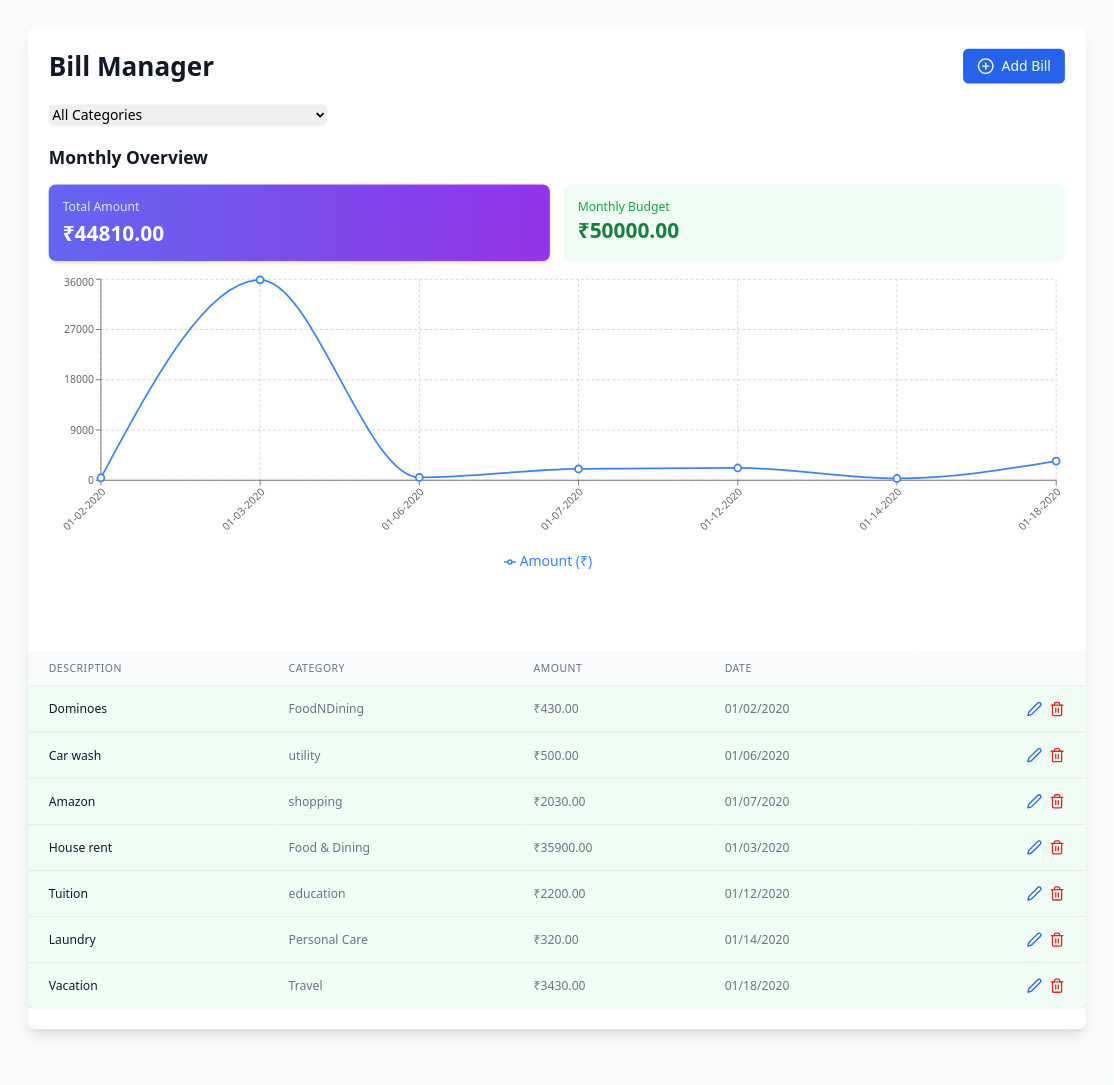
Repository: VISHALGUPTA100803/Billing_System
Page: /
The author's editor kept a copy of each file at every save. The page is drawn from the files as they stood at one save, then again after a run of saves.
The browser window is 1280 px wide. The pictures show the whole page, at 87% of full size.
The project was rebuilt for these pictures with package versions that can differ from the ones it lists, and the page was loaded fresh each time. Also part of the build but not shown: vite.config.ts, src/components/BillForm.tsx.

Above is the page before, as saved 2025-01-29 13:09:06.

After the next 2 saves:
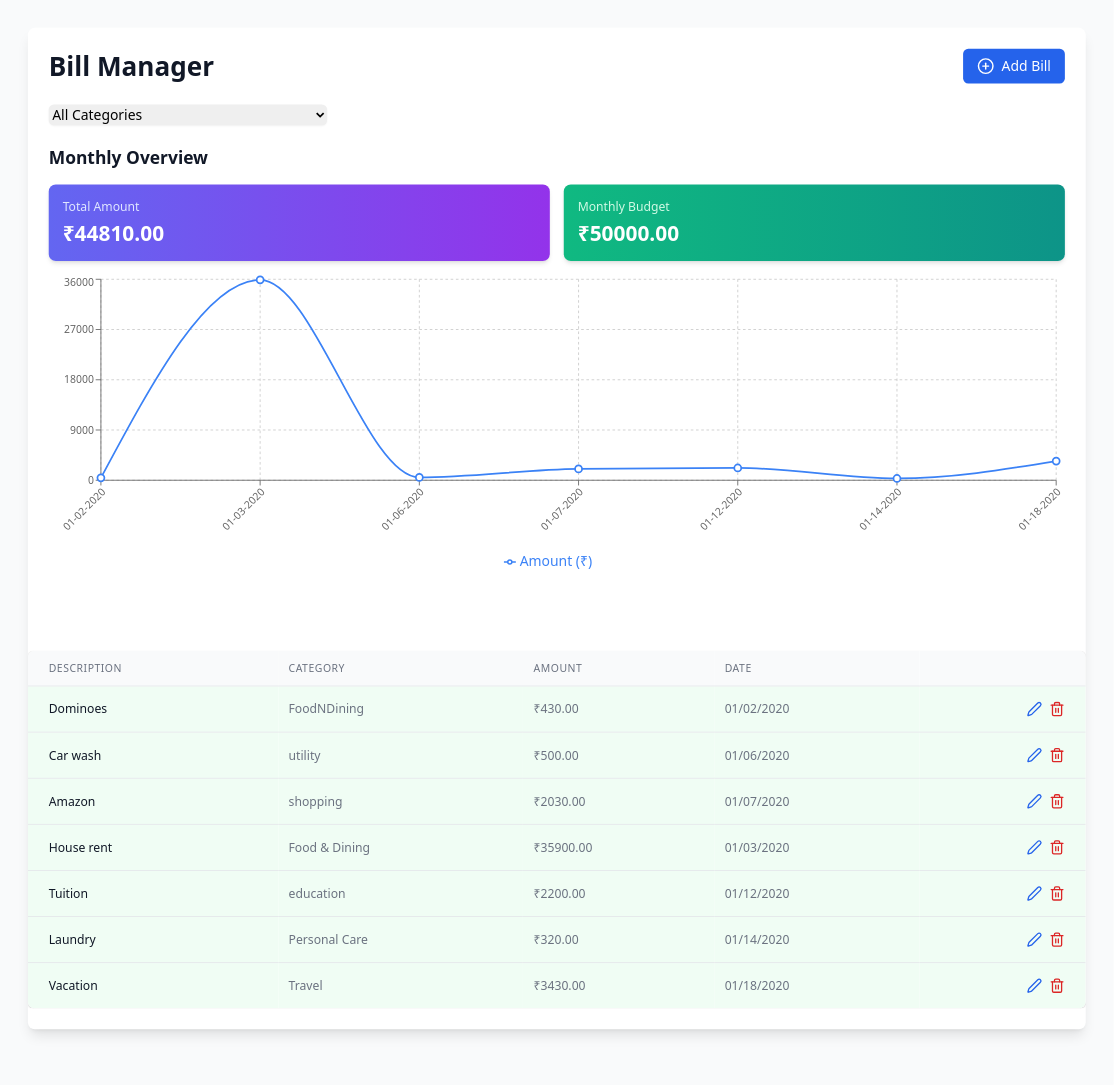
The 2 saves are shown as one change because they came seconds apart.
The last was saved 14 s later.
--- a/src/App.tsx
+++ b/src/App.tsx
@@ -106,10 +106,14 @@ function App() {
   <p className="text-indigo-100 text-sm mb-1">Total Amount</p>
   <p className="text-white text-xl sm:text-2xl font-bold">₹{totalAmount.toFixed(2)}</p>
 </div>
-              <div className="bg-green-50 dark:bg-green-900/30 p-4 rounded-lg">
+              {/* <div className="bg-green-50 dark:bg-green-900/30 p-4 rounded-lg">
                 <p className="text-sm text-green-600 dark:text-green-400">Monthly Budget</p>
                 <p className="text-xl sm:text-2xl font-bold text-green-700 dark:text-green-300">₹{monthlyBudget.toFixed(2)}</p>
-              </div>
+              </div> */}
+              <div className="bg-gradient-to-r from-emerald-500 to-teal-600 p-4 rounded-lg shadow-md hover:shadow-lg transition-shadow">
+  <p className="text-emerald-100 text-sm mb-1">Monthly Budget</p>
+  <p className="text-white text-xl sm:text-2xl font-bold">₹{monthlyBudget.toFixed(2)}</p>
+</div>
 
             </div>
             <BillChart bills={filteredBills} />
